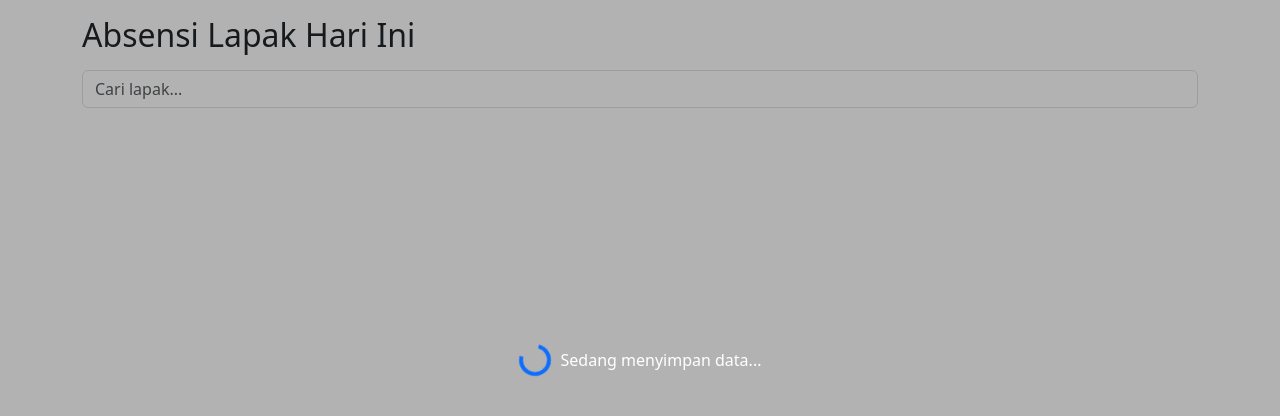
Repository: pasarrakyatbak/absensi
Page: index.html
The author's editor kept a copy of each file at every save. The page is drawn from the files as they stood at one save, then again after the next save.
The browser window is 1280 px wide. The pictures show the whole page.
The page's requests for data from a server got no answer.

Above is the page before, as saved 2025-09-22 00:22:59.

After the next save:
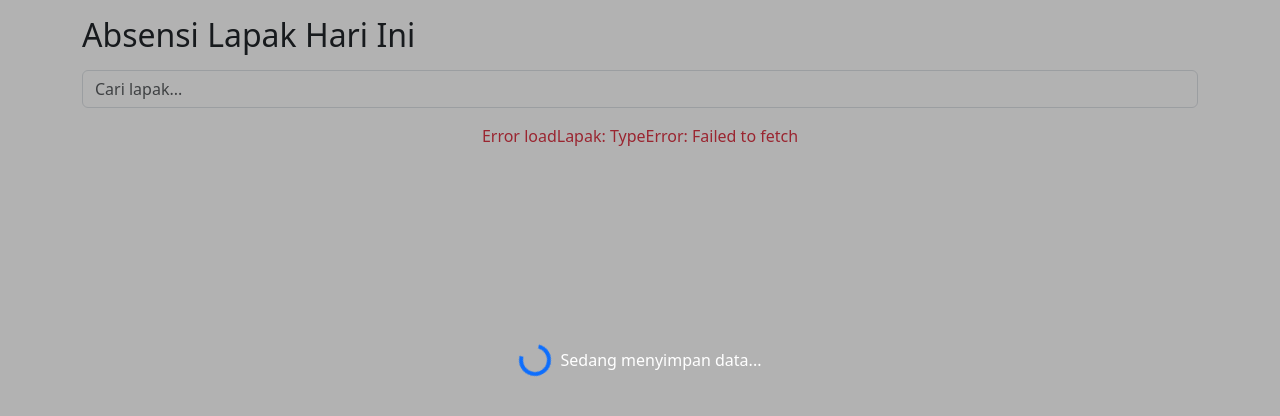
Saved 2 min 47 s later.
--- a/script.js
+++ b/script.js
@@ -8,16 +8,26 @@ const isSunday = new Date().getDay() === 0; // 0 = Minggu
 // Load semua lapak
 async function loadLapak() {
     try {
-        const res = await fetch(API_URL + "?action=listLapak"); // endpoint listLapak
+        const res = await fetch(API_URL + "?action=listLapak");
         const json = await res.json();
+
         if (!json.success) {
-            alert(json.message);
+            console.error("Gagal load lapak:", json.message);
+            document.getElementById("lapakContainer").innerHTML = `<p class="text-center text-danger">Gagal load data: ${json.message}</p>`;
             return;
         }
-        lapakData = json.data;
+
+        // beri default statusAbsensi jika belum ada
+        lapakData = json.data.map(lapak => ({
+            ...lapak,
+            statusAbsensi: lapak.statusAbsensi || ""
+        }));
+
         renderLapak(lapakData);
+
     } catch (err) {
-        alert("Error loadLapak: " + err);
+        console.error("Error loadLapak:", err);
+        document.getElementById("lapakContainer").innerHTML = `<p class="text-center text-danger">Error loadLapak: ${err}</p>`;
     }
 }
 
@@ -32,7 +42,6 @@ function renderLapak(data) {
     }
 
     data.forEach(lapak => {
-        // beri default jika statusAbsensi undefined
         const statusHadir = (lapak.statusAbsensi || "").includes("✅");
 
         const card = document.createElement("div");
@@ -54,13 +63,9 @@ function renderLapak(data) {
 
         if (!statusHadir && cardEl) {
             if (isSunday) {
-                // klik → buka modal
                 cardEl.addEventListener("click", () => openAbsensiModal(lapak.noLapak, lapak.nama));
-
-                // double click → absen langsung
                 cardEl.addEventListener("dblclick", () => absenLapak(lapak.noLapak));
             } else {
-                // hari selain Minggu → nonaktifkan absen
                 cardEl.style.cursor = "not-allowed";
             }
         }
@@ -101,7 +106,7 @@ document.getElementById("modalAbsenBtn").addEventListener("click", () => {
     closeAbsensiModal();
 });
 
-// Fungsi absen optimistik + refresh otomatis
+// Fungsi absen optimistik + update lokal
 async function absenLapak(noLapak) {
     if (!isSunday) {
         alert("❌ Absensi hanya bisa dilakukan hari Minggu.");
@@ -134,13 +139,12 @@ async function absenLapak(noLapak) {
         const json = await res.json();
 
         if (!json.success) {
-            // rollback UI jika gagal
             statusText.textContent = oldText;
             statusText.className = oldClass;
             card.classList.remove("disabled");
             alert(json.message || "❌ Gagal menyimpan absensi.");
         } else {
-            // Refresh otomatis, beri default jika belum ada properti statusAbsensi
+            // Update lokal, tidak fetch ulang
             const lapakIndex = lapakData.findIndex(l => String(l.noLapak) === String(noLapak));
             if (lapakIndex > -1) {
                 lapakData[lapakIndex].statusAbsensi = "✅ Hadir";
@@ -165,5 +169,5 @@ document.getElementById("searchInput").addEventListener("input", (e) => {
     renderLapak(filtered);
 });
 
-// Load pertama
+// Load pertama kali
 loadLapak();
